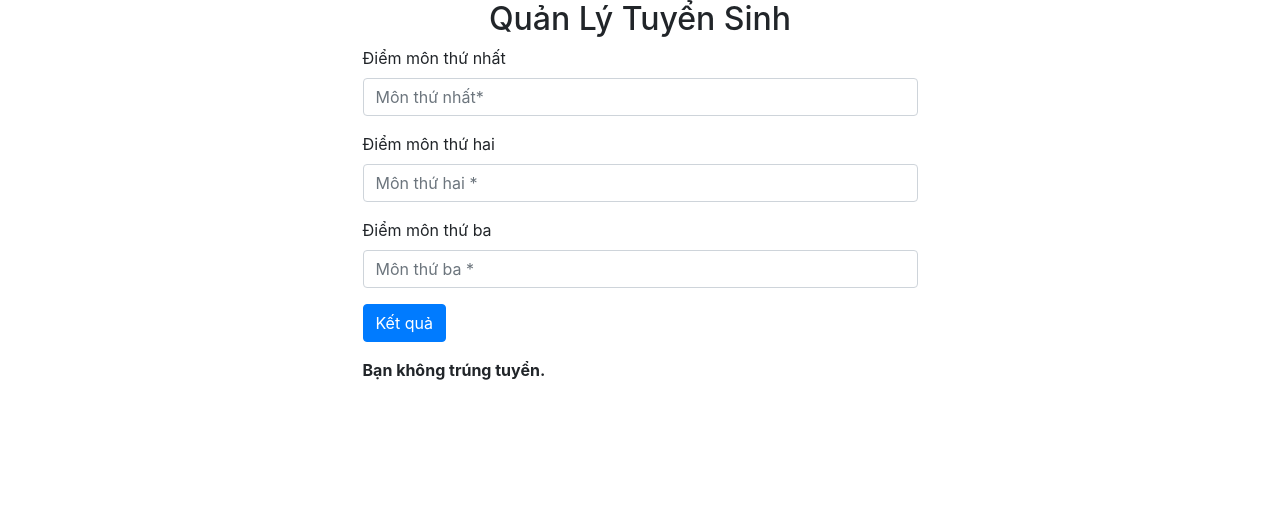
Repository: dovanthao2404/BC14_BaiTap_JS_Buoi_5_dovanthao
Page: html/bai1.html
These files come from the project's save history. The page is drawn as it stood at one moment and after a run of saves; the edit follows.
The browser window is 1280 px wide. The pictures show the whole page.

Above is the page before, as saved 2021-07-03 20:18:25.

After the next 2 saves:
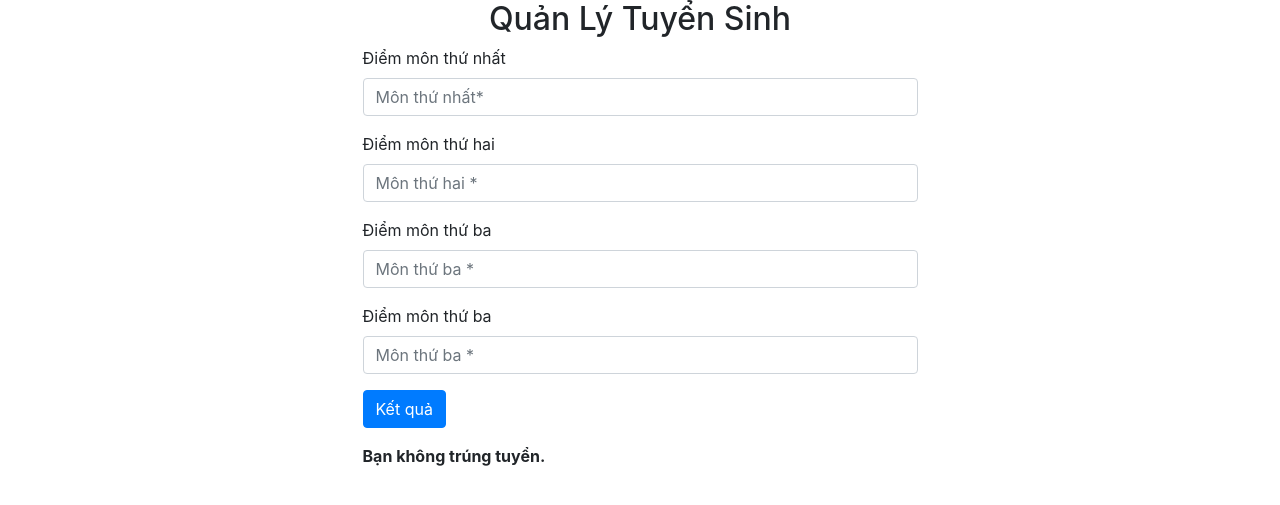
The 2 saves are shown as one change because they came seconds apart.
The last was saved 9 s later.
--- a/html/bai1.html
+++ b/html/bai1.html
@@ -35,8 +35,9 @@
         <div class="form-group">
 
         </div>
-
-
+        <label for="scores-3">Điểm môn thứ ba</label>
+        <input class="form-control" type="text" placeholder="Môn thứ ba *" id="scores-3">
+        <span></span>
         <div class="form-group">
 
         </div>
